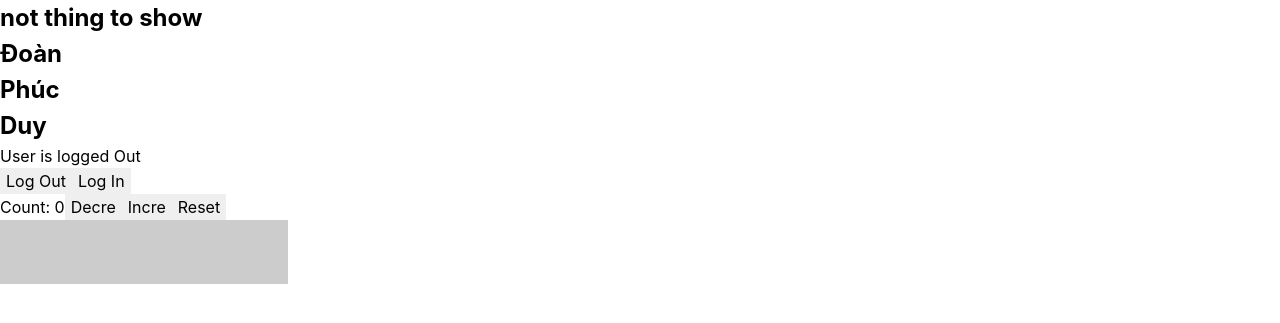
Repository: ledoanmk43/Demo_typescript
Page: /
These files come from the project's save history. The page is drawn as it stood at one moment and after the next save; the edit follows.
The browser window is 1280 px wide. The pictures show the whole page.
The project was rebuilt for these pictures with package versions that can differ from the ones it lists, and the page was loaded fresh each time.

Above is the page before, as saved 2022-03-08 14:18:10.

After the next save:
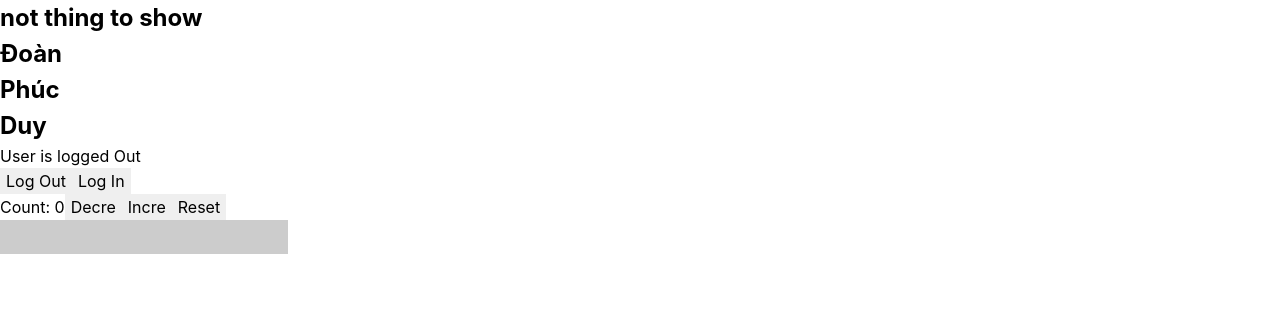
Saved 13 s later.
--- a/src/components/ref/DomRef.tsx
+++ b/src/components/ref/DomRef.tsx
@@ -12,7 +12,7 @@ const DomRef = () => {
       <input
         type="text"
         ref={inputRef}
-        style={{ padding: "20px", backgroundColor: "#ccc" }}
+        style={{ padding: "5px 20px", backgroundColor: "#ccc" }}
       />
     </div>
   );
